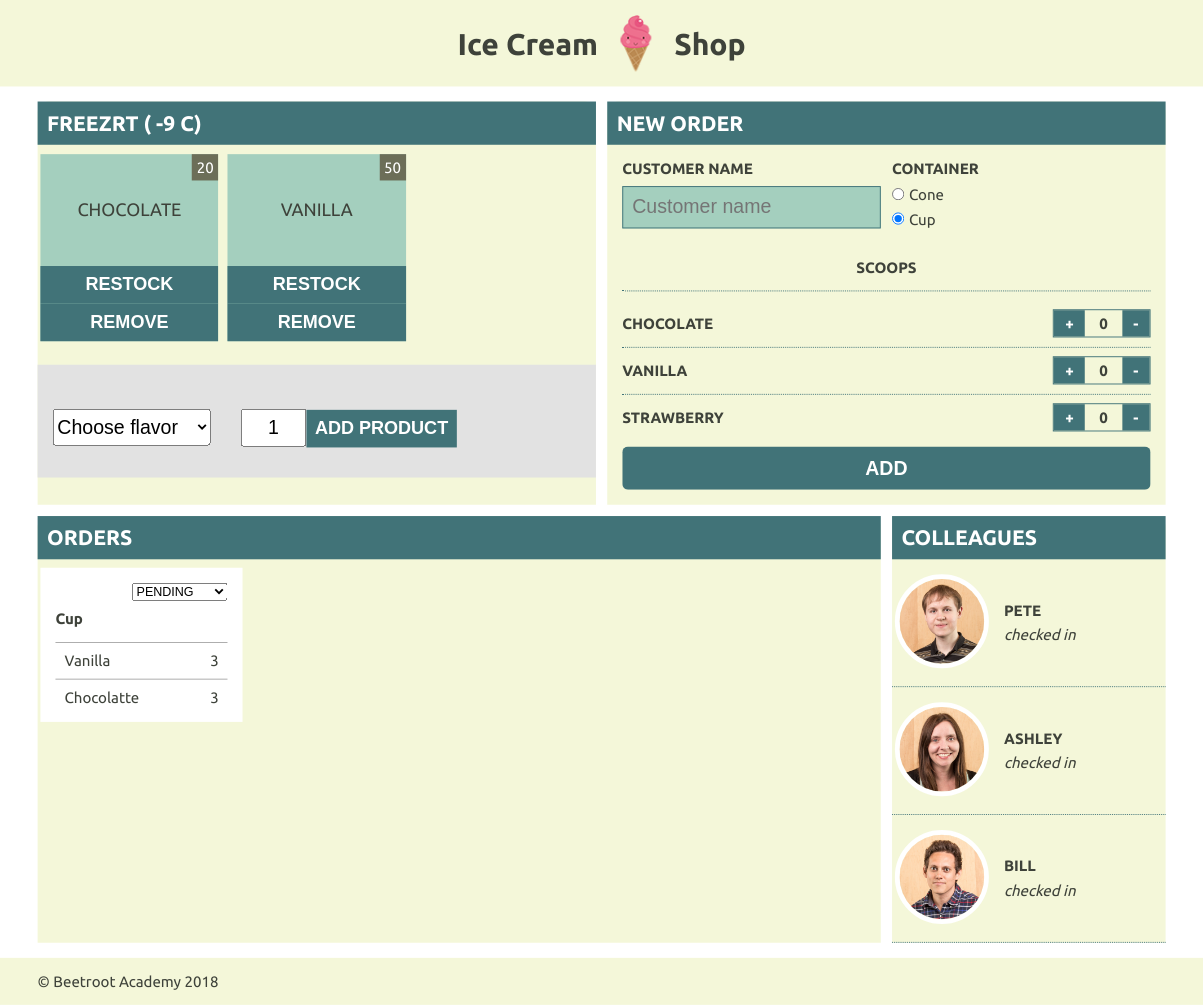
Repository: AlSemyon/Ice_Cream_Shop
Page: /, after clicking the first element matching `button.order-button`
These files come from the project's save history. The page is drawn as it stood at one moment and after the next save; the edit follows.
The browser window is 1280 px wide. The pictures show the whole page, at 94% of full size.
The project was rebuilt for these pictures with package versions that can differ from the ones it lists, and the page was loaded fresh each time. Also part of the build but not shown: src/components/orderTicket/Scoop.js.

Above is the page before, as saved 2019-01-09 19:35:00.

### src/index.js
import React from 'react';
import ReactDOM from 'react-dom';
import {Provider} from 'react-redux'
import  store from './store'

import App from './components/App';

ReactDOM.render(
    <Provider store={store}>
        <App />
    </Provider>,
    document.getElementById('root')
);

### src/store/index.js
import {createStore, applyMiddleware} from 'redux'
import thunk from 'redux-thunk'
import {createLogger} from 'redux-logger'
import reducer from '../reducer'
import { composeWithDevTools } from 'redux-devtools-extension'
import randomid from '../middlewares/randomid'

const logger = createLogger({
    collapsed: true
})

const enchancer = composeWithDevTools(applyMiddleware(randomid, thunk, logger));

const store = createStore(reducer, {}, enchancer);
window.store = store;

export default store;

### src/components/App.js
import React, {Fragment} from 'react';

import Header from './layout/Header'
import Footer from './layout/Footer'
import Box from './layout/Box'
import Freezer from './freezer'
import NewOrder from './newOrder';
import OrderTicket from './orderTicket'
import Colleagues from './colleagues'

const App = () => <Fragment>
    <Header />
    <div className="container container_main">
        <div className="wrap-box">
            <Freezer />
            <Box title="New Order">
                <NewOrder/>
            </Box>
            <Box title="Orders" className="box_orders">
                <OrderTicket/>
            </Box>
            <Box title="Colleagues" className="box_colleagues">
                <Colleagues />
            </Box>
        </div>
    </div>
    <Footer />



</Fragment>


export default App;

### src/reducer/index.js
import {combineReducers} from 'redux'

import freezer from './freezer'
import order from './order'
import employeess from './employees'

export default combineReducers({
    freezer, order, employeess
})

### src/middlewares/randomid.js
const randomid = store => next => action => {
    if (!action.randomId) {
        return next(action);
    }

    next({
        ...action,
        randomId: (Date.now() + (Math.random() * 1e7)).toString(36)
    })
};
/*
var randomId = function randomId(store){
    return function (next) {
        return function (action) {
            ...
        }
    }
}
*/
export default randomid;

### src/components/layout/Header.js
import React  from 'react';

const Header = () => <header className="header-top">
    <h1 className="logo">
        <span className="logo__span">Ice Cream</span>
        <img className="logo__img" src="/i/logo.png" alt="logo"/>
            <span className="logo__span">Shop</span>
    </h1>
</header>

export default Header;

### src/components/layout/Footer.js
import React  from 'react';


const Footer = () => <footer className="footer">
    <div className="container text-center">
        &copy; Beetroot Academy {new Date().getFullYear()}
    </div>
</footer>

export default Footer;

### src/components/layout/Box.js
import React from 'react';
import PropTypes from 'prop-types';

const Box = ({title, className, children}) => {
    return (
        <div className={`box ${className}`}>
            <h3 className="box__head">{title}</h3>
            {children}
        </div>
    )
}

Box.propTypes = {
    title: PropTypes.string.isRequired,
    className: PropTypes.string,
}

Box.defaultProps = {
    className: ''
}

export default Box

### src/components/orderTicket/index.js
import React from 'react';
import PropTypes from 'prop-types'
import {connect} from 'react-redux'
import './orderTicket.css'
import Order from './Order'
import {fullFillOrder, payForOrder, cancelOrder} from '../../AC'

const OrderTicket  = ({orders, fullFillOrder, payForOrder, cancelOrder}) =>
    <div className="box__content box__content_orders">
        {
            orders.map(order => <Order key={order.id}
                                      order={order}
                                      fullFillOrder={() => fullFillOrder(order.id)}
                                      payForOrder={() => payForOrder(order.id)}
                                      cancelOrder={() => cancelOrder(order.id)}
                                      />)
        }
	</div>

OrderTicket.propTypes ={
    orders: PropTypes.array.isRequired,
    fullFillOrder: PropTypes.func.isRequired,
    payForOrder: PropTypes.func.isRequired,
    cancelOrder: PropTypes.func.isRequired,
}
export default connect(
    ({order}) => ({orders: order}),
    {fullFillOrder, payForOrder, cancelOrder}
)(OrderTicket);

### src/components/colleagues/index.js
import React, {Fragment} from 'react';
import Colleague from './Colleague'
import './colleagues.css'


const  Colleagues  = () => <Fragment>
    <Colleague name="Pete" image="person1.png" status="checked in" />
    <Colleague name="Ashley" image="person5.png" status="checked in" />
    <Colleague name="Bill" image="person2.png" status="checked in" />

</Fragment>

export default Colleagues;

### src/reducer/freezer.js
import C from '../constants'
import F from '../flavors'

const defaultState = {
    temperature: null,
    flavors: {
        [F.CHOCOLATE]: 20,
        [F.VANILLA]: 50
    }
}

export default (state = defaultState, action) => {
    const {type, payload} = action;
    switch(type) {
        case C.UPDATE_TEMPERATURE:
            return {
                ...state,
                temperature: payload
            }
        case C.ADD_PRODUCT_TO_FREEZER:
            const amount = (state.flavors[payload.name] || 0) + payload.amount;
            return {
                ...state,
                flavors: {
                    ...state.flavors,
                    [payload.name]: Math.min(amount, 60)
                }
            }
        case C.REMOVE_SCOOP:
            const decreaseamount = (state.flavors[payload] || 0) - 1;
            return {
                ...state,
                flavors: {
                    ...state.flavors,
                    [payload]: Math.max(decreaseamount, 0)
                }
            }
        default:
            return state;
    }
}

### src/reducer/order.js
import C from '../constants'

export default (state = [], action) => {
    const {type, payload, randomId} = action;
    switch(type) {
        case C.PLACE_ORDER:
            return [...state, {...payload, id: randomId, status: 'pending'}]

        case C.FULLFILL_ORDER:
            return state.map((order) => {
                return order.id === payload ?
                    {...order, status: 'fullfilled'} : order
            })
        case C.PAY_FOR_ORDER:
            return state.map((order) => {
                return order.id  === payload ?
                    {...order, status: 'paid'} : order
            })

        case C.CANCEL_ORDER:
            return state.filter((order) => order.id !== payload)
        default:
            return state;
    }

}

### src/reducer/employees.js
import C from '../constants'

const defaultState = {
    data: [],
    error: null,
    loading: false
}

export default (state = defaultState, action) => {
    const {type, payload} = action;

    switch(type) {
        case C.FETCH_EMPLOYESS_REQUEST:
            return {...state, loading: true}
        case C.FETCH_EMPLOYESS_SUCCESS:
            return {...state, data: payload, loading: false}
        case C.FETCH_EMPLOYESS_FAILURE:
            return {...state, error: payload, loading: false}
        default:
            return state;
    }
}

### src/components/freezer/FreezerItem.js
import React  from 'react';
import './freezer.css'

const  FreezerItem  = ({name, scoops, onClickRestock, onRemoveScoop}) => (
    <div className="ic">
        <p className="ic__title">{name}</p>
        <p className="ic__count">{scoops}</p>
        <button className="ic__restock" onClick={onClickRestock}>Restock</button>
        <button className="ic__restock" onClick={onRemoveScoop}>Remove</button>

    </div>
)

export default FreezerItem;

### src/AC/index.js
import axios from 'axios'
import C from '../constants'
import freezer from "../reducer/freezer";
import employees from "../reducer/employees";

export function updateTemperature(temperature){
    return {
        type: C.UPDATE_TEMPERATURE,
        payload: temperature
    }
}

export function addProductToFreezer(name, amount){
    return {
        type: C.ADD_PRODUCT_TO_FREEZER,
        payload: {
            name, amount
        }
    }
}

export function placeOrder({customerName, createAt = Date.now(), cone = true, scoopes}){
    return {
        type: C.PLACE_ORDER,
        payload: {customerName, createAt, cone, scoopes},
        generateId: true
    }
}

export function fullFillOrder(id){
    return {
        type: C.FULLFILL_ORDER,
        payload: id
    }
}

export function payForOrder(id){
    return {
        type: C.PAY_FOR_ORDER,
        payload: id
    }
}


export function cancelOrder(id){
    return {
        type: C.CANCEL_ORDER,
        payload: id
    }
}

export function doSomething() {
    return function(dispatch, getState){
       dispatch({
           type: 'FOO',
           payload: getState().freezer.temperature
       })
    }
}


export function fetchEmployees(){
    return function(dispatch, getState) {
        dispatch({
            type: C.FETCH_EMPLOYEES_REQUEST
        });

        return axios.get('/data/employees.json')
        .then(function(response){
            dispatch({
                type: C.FETCH_EMPLOYEES_SUCCESS,
                payload: response.data
            })
        })
        .catch(err => dispatch({
            type: C.FETCH_EMPLOYEES_FAILURE,
            payload: err.message
        }))
    }
}

export function removeScoop(flavorName) {
    return {
        type: C.REMOVE_SCOOP,
        payload: flavorName
    }
}

### src/components/newOrder/newOrder.css
.scoop {
    display: flex;
    justify-content: space-between;
    align-items: center;
    padding: .6rem 0;
    border-bottom: 1px dotted #417378;
}
.scoop:last-of-type {
    border-bottom: 0;
    padding-bottom: 0;
}
.label-form_scoops {
    padding: 1rem 0;
    border-bottom: 1px dotted #417378;
    text-align:center;
}
.scoop__title {
    font-weight: bold;
}
.scoop-buttons {
    display: flex;
    align-items: center;
    border: 1px solid #417378;
}
.scoop-buttons__item{
    padding: 6px 12px;
    background: #417378;
    color: #fff;
    font-weight: bold;
    line-height: 1;
    cursor: pointer;
}
.scoop-buttons__count {
    margin: 0 15px;
    font-weight: bold;
}


.order-button {
    padding: .6rem 0;
    margin-top: 1rem;
    text-align: center;
    width: 100%;
    background: #417378;
    color: #fff;
    text-transform: uppercase;
    font-size: 1.3rem;
    font-weight: bold;
    border-radius: 6px;
    cursor: pointer;
}

### src/components/newOrder/OrderForm.js
import React, {Component} from 'react';
import PropTypes from 'prop-types'

const OrderForm =({customerName, handleName, cone, handleCone}) => (
    <div className="row">
    <div className="col">
        <label className="label-form">
            Customer name
        </label>
        <input type="text"
               className="form-control"
               name="customerName"
               onChange={handleName}
               value={customerName}
               placeholder="Customer name" />
    </div>
    <div className="col">
        <label className="label-form">Container</label>
        <div>
            <div className="form-check">
                <input className="form-check-input"
                       type="radio"
                       name="inlineRadioOptions"
                       id="cone"
                       checked={cone}
                       onChange={handleCone}/>
                <label className="form-check-label"
                        htmlFor="cone">Cone
                </label>
            </div>
            <div className="form-check">
                <input className="form-check-input"
                       type="radio"
                       name="inlineRadioOptions"
                       id="cup"
                       checked={!cone}
                       onChange={handleCone}/>
                    <label className="form-check-label"
                           htmlFor="cup">Cup</label>
            </div>
        </div>
    </div>
</div>

)

OrderForm.propTypes = {
    customerName:PropTypes.string.isRequired,
    handleName:PropTypes.func.isRequired,
    cone:PropTypes.bool.isRequired,
    handleCone:PropTypes.func.isRequired
}

export default OrderForm;

### src/components/newOrder/OrderScoopes.js
import React, {Component} from 'react';
import PropTypes from 'prop-types'

const OrderScoopes = ({flavor, count, handleIncreaseFlavor, handleDecreaseFlavor}) => (
    <div className="scoop">
    <div className="scoop__title">{flavor}</div>
    <div className="scoop-buttons">
        <span className="scoop-buttons__item" onClick={handleIncreaseFlavor}>+</span>
        <span className="scoop-buttons__count">{count}</span>
        <span className="scoop-buttons__item" onClick={handleDecreaseFlavor}>-</span>
    </div>
</div>
)
OrderScoopes.propTypes = {
    flavor:PropTypes.string.isRequired,
    handleIncreaseFlavor:PropTypes.func.isRequired,
    count:PropTypes.number.isRequired,
    handleDecreaseFlavor:PropTypes.func.isRequired
}

export default OrderScoopes;

### src/flavors.js
export default {
    CHOCOLATE: 'CHOCOLATE',
    VANILLA: 'VANILLA',
    STRAWBERRY: 'STRAWBERRY'
}

### src/components/orderTicket/orderTicket.css
.box__content_orders {
    grid-template-columns: repeat(4, 1fr);

}
.order {
    padding: 1rem;
    background: #fff;
}
.order-status {
    display: flex;
    justify-content: space-between;
    margin-bottom: .6rem;
}
.order-status__title {
    font-weight: bold;
}
.order-status__select {
    text-transform: uppercase;
}
.order-count{
    font-weight: bold;
}
.order-item {
    padding-top: 1rem;
}
.order-flavor__item {
    display: flex;
    justify-content: space-between;
    border-top: 1px solid darkgray;
    border-bottom: 1px solid white;
    padding: .6rem;
}
.order-flavor__item:last-of-type {
    padding-bottom: 0;
}
.order_fullfilled {
    background: lightblue;
}
.order_paid {
    background: lightpink;
}

### src/components/orderTicket/Order.js
import React, {Component} from 'react';
import Scoop from './Scoop';

const STATUSES = [
    'pending',
    'fullfilled',
    'paid',
    'cancelled'
];

class Order extends Component {

    handleChange = ({target}) => {
        if (target.value === 'fullfilled') {
            this.props.fullFillOrder()
        } else if (target.value === 'paid') {
            this.props.payForOrder()
        } else if (target.value === 'cancelled') {
            this.props.cancelOrder()
        }
    }

	render(){
        const {order} = this.props
		return(
            <div className={`order order_${order.status}`}>
                <div className="order-status">
                    <p className="order-status__title">{order.customerName}</p>
                    <select className="order-status__select"
                            onChange={this.handleChange}
                            value={order.status}>
                        {STATUSES.map(s => <option key={s} value={s}>{s}</option>)}
                    </select>
                </div>

                <p className="order-count">{order.cone ? 'Cone' : 'Cup'}</p>

                {Object.keys(order.scoopes).map(name =>
                    <Scoop key={name}
                           tittle={name}
                           count={order.scoopes[name]}
                           />)}
                <div className="order-item">
                    <div className="order-flavor__item">
                        <span className="order-item__title">Vanilla</span>
                        <span className="order-item__count">3</span>
                    </div>
                    <div className="order-flavor__item">
                        <span className="order-item__title">Chocolatte</span>
                        <span className="order-item__count">3</span>
                    </div>
                </div>
              </div>
		);
	}
}

export default Order;

### src/components/colleagues/Colleague.js
import React, {Component} from 'react';

class Colleague extends Component {

	render(){
	    const {image, name, status} = this.props
		return(
            <div className="colleagues">
                <div className="colleague__photo">
                    <img src={`/i/${image}`} alt={name} />
                </div>
                <div>
                    <p className="colleague-person-name">{name}</p>
                    <p className="colleague-person-status">{status}</p>
                </div>
            </div>
		);
	}
}

export default Colleague;

### src/components/colleagues/colleagues.css
.colleagues {
    padding: 1rem 3px;
    display: flex;
    align-items: center;
    border-bottom: 1px dotted #417378;
}
.colleague__photo img {
    width: 100px;
    margin-right: 1rem;
    border: 5px solid white;
    border-radius: 100%;
}

.colleague-person-name {
    text-transform: uppercase;
    margin-bottom: .5rem;
    font-weight: bold;
}
.colleague-person-status {
    text-transform: lowercase;
    font-style: italic;
}

### src/constants.js
export default {
    UPDATE_TEMPERATURE: 'UPDATE_TEMPERATURE',
    ADD_PRODUCT_TO_FREEZER: 'ADD_PRODUCT_TO_FREEZER',
    PLACE_ORDER: 'PLACE_ORDER',
    FULLFILL_ORDER: 'FULLFILL_ORDER',
    PAY_FOR_ORDER: 'PAY_FOR_ORDER',
    CANCEL_ORDER: 'CANCEL_ORDER',
    FETCH_EMPLOYEES_REQUEST: 'FETCH_EMPLOYEES_REQUEST',
    FETCH_EMPLOYEES_SUCCESS: 'FETCH_EMPLOYEES_SUCCESS',
    FETCH_EMPLOYEES_FAILURE: 'FETCH_EMPLOYEES_FAILURE',
    REMOVE_SCOOP: 'REMOVE_SCOOP',
}

### src/components/freezer/freezer.css
.ic {
    display: flex;
    flex-direction: column;
    background: #A4CFBE;
    position: relative;
    text-align: center;
}
.ic__title {
    flex: 1;
    padding: 3rem 0;
    font-size: 1.2rem;
    text-transform: uppercase;
    margin: 0;
}

.ic__count {
    position: absolute;
    display: inline-block;
    padding: 5px;
    top: 0;
    right: 0;
    background: #6C6E58;
    color: white;
}

.ic__restock {
    background: #417378;
    color: white;
    margin: 0;
    padding: .5rem 0;
    cursor:pointer;
    font-size: 1.2rem;
}

.add-product-form {
    margin: 1rem 0;
    padding: 2rem 1rem;
    background: #e2e2e2;
}

.form-select {
    padding: 6px 0;
    margin-right: 2rem;
    font-size: 1.3rem;
}

.form-number {
    padding: 6px 0;
    max-width: 70px;
    font-size: 1.3rem;
    text-align: center;
}

.add-product-btn {
    background: #417378;
    color: white;
    margin-top: 1rem;
    padding: .5rem;
    cursor:pointer;
    font-size: 1.2rem;
}

### public/css/style.css
@import url('https://fonts.googleapis.com/css?family=Ubuntu:400,700');
* {
    margin: 0;
    padding: 0;
    box-sizing: border-box;
}



body {
    display: flex;
    flex-direction: column;
    min-height: 100vh;
    color: #3E423A;
    font-family: 'Ubuntu', sans-serif;
}
.container_main {
    flex: 1;
}
.header-top {
    background: #F4F7D9;
    padding: 1rem 0;
}
.logo {
    display: flex;
    justify-content: center;
    align-items: center;
}
.logo__img {
    margin: 0 1.5rem;
}
.container {
    width: 1200px;
    margin: auto;
}

/*  =============== wrap-box*/
.wrap-box {
    display: grid;
    grid-gap: 12px;
    grid-template-columns: repeat(4, 1fr);
    margin: 1rem 0;
}
.box {
    grid-column: span 2;
    border-top-left-radius: 12px;
    border-top-right-radius: 12px;
    background: #F4F7D9;

}
.box_orders {
    grid-column: span 3;
}
.box_colleagues {
    grid-column: span 1;
}

.box__head{
    background: #417378;
    font-size: 1.4rem;
    padding: 10px;
    color: #ffffff;
    text-transform: uppercase;
}

.box__content {
    display: grid;
    grid-gap: 10px;
    grid-template-columns: repeat(3, 1fr);
    padding: .6rem 3px;
}

/* ============== new order form*/
input[type='text'],
textarea {
    border: 1px solid #417378;
    background: #A4CFBE;
    padding: .6rem;
    width: 100%;
    margin-bottom: 1rem;
    font-size: 1.3rem;
}
input:active,
input:focus,
textarea:active,
textarea:focus,
button {
    outline: none;
}
button {
    border: 1px solid transparent;
    background: transparent;
    font-weight: bold;
    text-transform: uppercase;
    transition: background .4s ease-out;
}
button:hover {
    background: #eee;
    color:  #417378;
    border: 1px solid #417378;
}

.form {
    padding: 1rem;
}
.row {
    display: grid;
    grid-gap: 12px;
    grid-template-columns: 1fr 1fr;
}
.label-form {
    display: block;
    font-weight:bold;
    text-transform: uppercase;
    margin-bottom: .6rem;
}
.form-check {
    display: flex;
    align-items: center;
    margin-bottom: .5rem;
}
.form-check-input {
    margin-right: 5px;
}
/* ============== new order scoops*/


/* colleagues */



.footer {
    padding: 1rem;
    background: #F4F7D9;
}

Loaded but not shown: public/index.html (common file); src/components/newOrder/index.js (103 lines, source omitted); src/components/freezer/AddProductToFreezer.js (80 lines, source omitted); src/components/freezer/index.js (63 lines, source omitted)

After the next save:
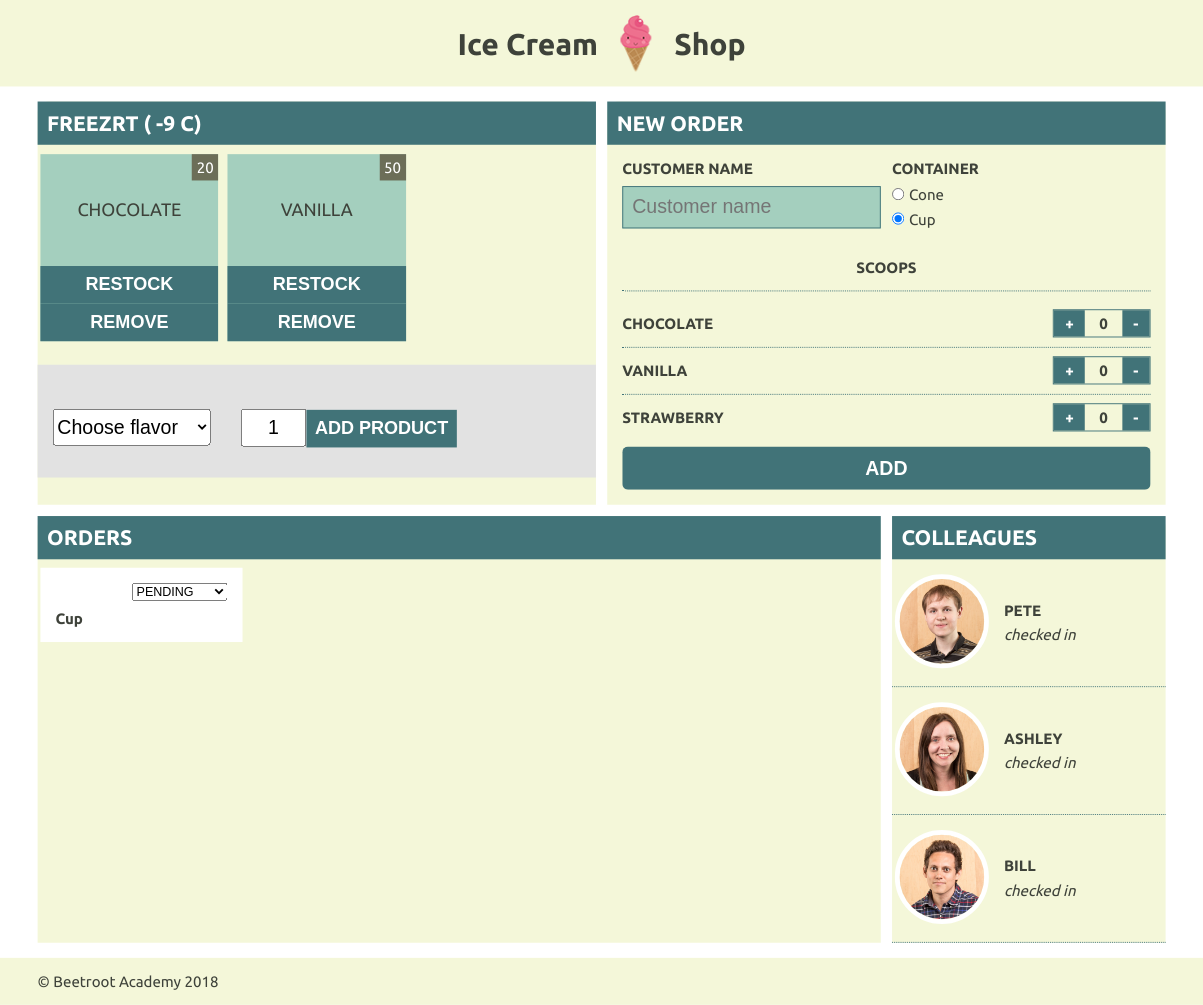
Saved 9 s later.
--- a/src/components/orderTicket/Order.js
+++ b/src/components/orderTicket/Order.js
@@ -40,16 +40,6 @@ class Order extends Component {
                            tittle={name}
                            count={order.scoopes[name]}
                            />)}
-                <div className="order-item">
-                    <div className="order-flavor__item">
-                        <span className="order-item__title">Vanilla</span>
-                        <span className="order-item__count">3</span>
-                    </div>
-                    <div className="order-flavor__item">
-                        <span className="order-item__title">Chocolatte</span>
-                        <span className="order-item__count">3</span>
-                    </div>
-                </div>
               </div>
 		);
 	}
